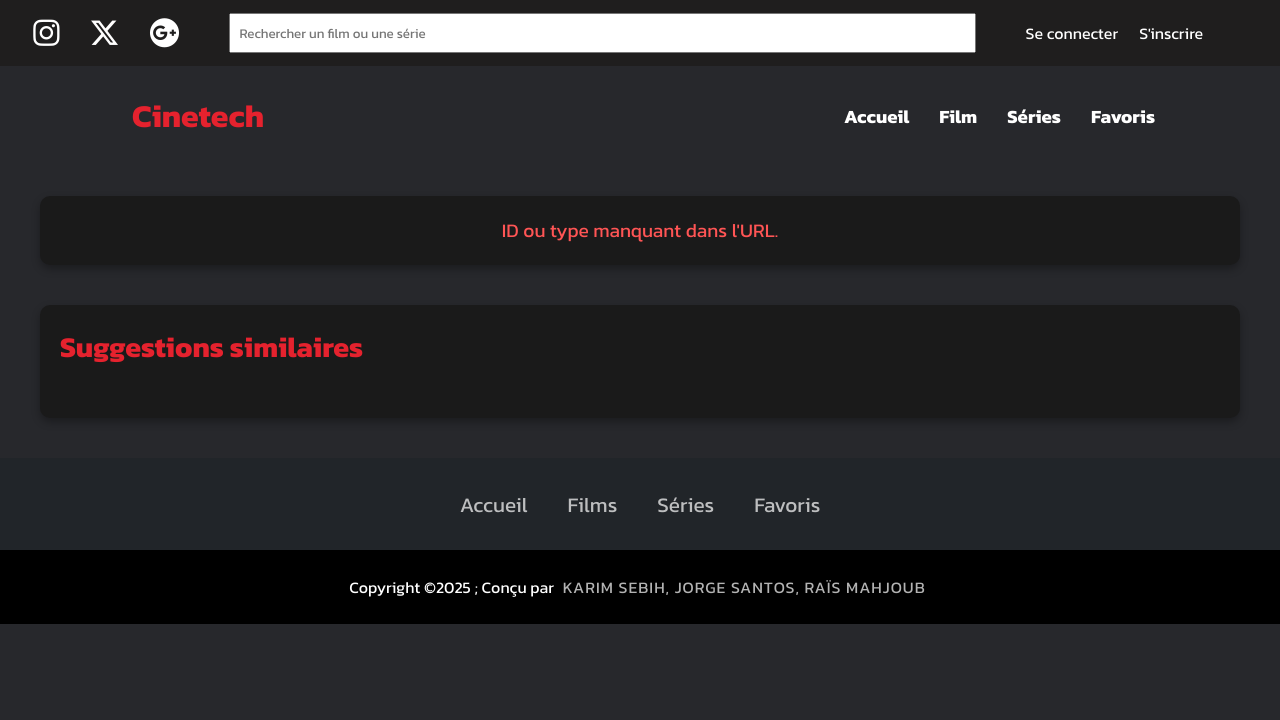
Repository: karim-sebih/cinetech
Page: pages/detail.html
These files come from the project's save history. The page is drawn as it stood at one moment and after the next save; the edit follows.
The browser window is 1280 px wide. The pictures show the whole page.
Some web libraries are served in a nearby version.

Above is the page before, as saved 2025-04-24 14:11:32.

### pages/detail.html
<!DOCTYPE html>
<html lang="fr">
<head>
    <meta charset="UTF-8">
    <meta name="viewport" content="width=device-width, initial-scale=1.0">
    <link rel="stylesheet" href="../styles/detail.css">
    <script src="https://kit.fontawesome.com/ca3234fc7d.js" crossorigin="anonymous"></script>
    <link rel="preconnect" href="https://fonts.googleapis.com">
    <link rel="preconnect" href="https://fonts.gstatic.com" crossorigin>
    <link href="https://fonts.googleapis.com/css2?family=Kanit:ital,wght@0,100;0,200;0,300;0,400;0,500;0,600;0,700;0,800;0,900;1,100;1,200;1,300;1,400;1,500;1,600;1,700;1,800;1,900&display=swap" rel="stylesheet">
    <title>Détail</title>
</head>
<body>
    <header>
        <nav class="navbar">
            <div class="buttons">
                <a href="#"><i class="fa-brands fa-instagram"></i></a>
                <a href="#"><i class="fa-brands fa-x-twitter"></i></a>
                <a href="#"><i class="fa-brands fa-google-plus"></i></a>
            </div>
            <div class="search-container">
                <input type="text" id="search-bar" placeholder="Rechercher un film ou une série" autocomplete="off">
                <button id="clear-search">x</button>
                <div id="suggestions" class="suggestion-box"></div>
            </div>
            <div class="sign">
                <a href="#">Se connecter</a>
                <a href="#">S'inscrire</a>
            </div>
        </nav>
    </header>
    <div class="secondnav">
        <div class="cinetech">
            <h1>Cinetech</h1>
        </div>
        <div class="nav">
            <a href="../index.html"><h3>Accueil</h3></a>
            <a href="./film.html"><h3>Film</h3></a>
            <a href="./series.html"><h3>Séries</h3></a>
            <a href="./favoris.html"><h3>Favoris</h3></a>
        </div>
    </div>
    <div class="content">
        <div id="details-container" class="details-container">
            <!-- Les détails seront insérés ici par JavaScript -->
        </div>
        <div class="commentaire">

        </div>

        <div id="similar-container" class="similar-container">
            <h2>Suggestions similaires</h2>
            <div id="similar-items" class="similar-items">
                <!-- Les suggestions seront insérées ici par JavaScript -->
            </div>
        </div>
    </div>

    <footer>
        <div class="footerContainer">
            <div class="footerNav">
                <ul>
                    <li><a href="../index.html">Accueil</a></li>
                    <li><a href="./film.html">Films</a></li>
                    <li><a href="./series.html">Séries</a></li>
                    <li><a href="./pages/favoris.html">Favoris</a></li>
                </ul>
            </div>
            <div class="footerBottom">
                <p>Copyright ©2025 ; Conçu par <span class="designer">Karim Sebih, Jorge Santos, Raïs Mahjoub</span></p>
            </div>
        </div>
    </footer>

    <script src="../js/api.js" type="module"></script>
    <script src="../js/searchbar.js" type="module"></script>
    <script src="../js/detail.js" type="module"></script>
</body>
</html>

### styles/detail.css
* {
    margin: 0;
    padding: 0;
    box-sizing: border-box;
    font-family: "Kanit", sans-serif;
  }


  a {
    text-decoration: none;
    color: white;

  }

  body {
    margin: 0;
    width: 100%;
    min-height: 100vh;
    overflow-x: auto;
    background-color: rgb(39, 40, 44);
    color: white;
  }

  /* Nav bar */

  a{
    text-decoration: none;
    color: white;
  }

  a:hover{
  color: red;
  }

  header{
  position: relative;
  padding: 0.2rem;
  background-color: rgb(31, 30, 30);
  }

  .navbar {
  margin-left: 10px;
  width: 100%;
  max-width: 1200px;
  height: 60px;
  margin: 0;
  display: flex;
  align-items: center;
  gap: 50px;

  }



.buttons{
  padding-left: 30px;
  display: flex;
  align-items: center;
 justify-content: space-between;
 gap: 30px;
 font-size: 30px;
}


.search-container {
  position: relative;
  width: 70%;
  display: flex;

  align-items: center;
}

#search-bar {
  width: 100%;
  height: 100%;
  padding: 8px;


  padding-right: 30px;
}

#clear-search {
  position: absolute;
  top:5px;
  right: 30px;
  background: transparent;
  border: none;
  font-size: 16px;
  cursor: pointer;
  display: none; /* Caché par défaut */
}

.suggestion-box {
  position: absolute;
  width: 100%;
  background: white;

  max-height: 150px;
  overflow-y: auto;
  z-index: 1000;
  top: 35px;
}

.suggestion-item {
  padding: 8px;
  cursor: pointer;
}

.suggestion-item:hover {
  background: #f0f0f0;
}

/* Ajout dans styles/index.css */
.suggestion-box {
  position: absolute;
  width: 100%;
  background: white;
  max-height: 150px;
  overflow-y: auto;
  z-index: 1000;
  top: 40px;
  border-radius: 4px;
  box-shadow: 0 2px 5px rgba(0, 0, 0, 0.1);
}

.suggestion-item {
  padding: 8px;
  cursor: pointer;
  color: black;
}

.suggestion-item:hover {
  background: #f0f0f0;
}

#clear-search {
  background: none;
  border: none;
  font-size: 20px;
  color: black;
  cursor: pointer;
  margin-bottom: 12px;
}



.sign{
  display: flex;
  align-items: center;
 justify-content: space-between;
  flex-wrap:wrap-reverse;
  width: 200px;

  right: 50%;

}

 /*second nav*/

.secondnav{
    width: 100%;
    height: 100px;
    display: flex;
    align-items: center;
    gap: 200px;
    border: 10px;


}

h1 {
  padding-left: 100%;
  color: #e5222e  ;

}

.nav{

  display: flex;
  gap: 30px;
  margin-left: 40%;

}


/* Ajouter ces styles à la fin de detail.css */

/* Conteneur principal des détails */
.details-container {
  max-width: 1200px;
  margin: 30px auto;
  padding: 20px;
  background-color: #1a1a1a;
  border-radius: 10px;
  box-shadow: 0 4px 8px rgba(0, 0, 0, 0.3);
}

/* Contenu des détails (image + texte) */
.details-content {
  display: flex;
  gap: 30px;
  flex-wrap: wrap;
}

/* Affiche */
.details-poster {
  width: 300px;
  height: auto;
  border-radius: 8px;
  object-fit: cover;
}

/* Texte des détails */
.details-text {
  flex: 1;
  display: flex;
  flex-direction: column;
  gap: 15px;
}

.details-text h2 {
  font-size: 2.2em;
  color: #e5222e;
}

.details-text .overview {
  font-size: 1.1em;
  line-height: 1.5;
}

.details-text p {
  font-size: 1em;
}

.details-text strong {
  color: #e5222e;
}

/* Bouton Ajouter aux favoris */
.favorite-btn {
  background-color: #e5222e;
  color: white;
  border: none;
  padding: 10px 20px;
  border-radius: 5px;
  cursor: pointer;
  font-size: 1em;
  transition: background-color 0.3s ease;
  width: fit-content;
}

.favorite-btn:hover {
  background-color: #c41d27;
}

/* Message d'erreur */
.error-message {
  text-align: center;
  font-size: 1.2em;
  color: #ff5555;
}

/* Responsivité */
@media (max-width: 768px) {
  .details-content {
    flex-direction: column;
    align-items: center;
  }

  .details-poster {
    width: 200px;
  }

  .details-text h2 {
    font-size: 1.8em;
  }
}


.similar-container {
  max-width: 1200px;
  margin: 40px auto;
  padding: 20px;
  background-color: #1a1a1a;
  border-radius: 10px;
  box-shadow: 0 4px 8px rgba(0, 0, 0, 0.3);
}

.similar-container h2 {
  font-size: 1.8em;
  color: #e5222e;
  margin-bottom: 20px;
}

.similar-items {
  display: flex;
  gap: 20px;
  overflow-x: auto;
  padding-bottom: 10px;
}


.similar-item {
  flex: 0 0 auto;
  width: 200px;
  text-align: center;
}

.similar-poster {
  width: 100%;
  height: auto;
  border-radius: 8px;
  margin-bottom: 10px;
}

.similar-item h3 {
  font-size: 1.1em;
  margin-bottom: 10px;
  color: white;
  white-space: nowrap;
  overflow: hidden;
  text-overflow: ellipsis;
}


.similar-item .details-btn {
  background-color: #e5222e;
  color: white;
  border: none;
  padding: 8px 16px;
  border-radius: 5px;
  cursor: pointer;
  font-size: 0.9em;
  transition: background-color 0.3s ease;
}

.similar-item .details-btn:hover {
  background-color: #c41d27;
}

/* Responsivité */
@media (max-width: 768px) {
  .similar-items {
    gap: 15px;
  }

  .similar-item {
    width: 150px;
  }

  .similar-item h3 {
    font-size: 0.9em;
  }

  .similar-item .details-btn {
    padding: 6px 12px;
    font-size: 0.8em;
  }
}

.star {
  font-size: 20px;
  /* Adjust the size of the stars */
  color: #ffd700;
  /* Gold color for full stars */
  margin-right: 2px;
  /* Add spacing between stars */
}

.empty-star {
  color: #ccc;
  /* Gray color for empty stars */
}

.half-star {
  position: relative;
  display: inline-block;
  font-size: 20px; /* Adjust the size of the stars */
  color: #ffd700; /* Gold color for the filled part */
}

.half-star::before {
  content: '\2605'; /* Unicode for the full star */
  color: #ffd700; /* Gold color for the filled part */
  position: absolute;
  top: 0;
  left: 0;
  z-index: 2; /* Ensure the filled part is on top */
  width: 50%; /* Only show the left half of the filled star */
  overflow: hidden;
}

.half-star::after {
  content: '\2605'; /* Unicode for the empty star */
  color: #333; /* Gray color for the empty part */
  -webkit-text-stroke: 0.3px #ffd700; /* Add a gold outline to the star */
  position: absolute;
  top: 0;
  left: 0;
  z-index: 1; /* Ensure the empty part is below the filled part */
}









footer {
    padding: 0;
    margin: 0;
    box-sizing: border-box;
  }

  footer {
    background-color: #111;
  }

  .footerContainer {
    width: 100%;
  padding-top: 1px;
    background-color: #212529;
  }

  .socialIcons {
    display: flex;
    justify-content: center;

  }

  .socialIcons a {
    text-decoration: none;
    padding: 9px;
    background-color: white;
    margin: 10px;
    border-radius: 50%;
  }

  .socialIcons a i {
    font-size: 2em;
    color: black;
    opacity: 0, 9;
  }

  /* Hover affect on social media icon */
  .socialIcons a:hover {
    background-color: #111;
    transition: 0.5s;
  }

  .socialIcons a:hover i {
    color: white;
    transition: 0.5s;
  }

  .footerNav {
    margin: 30px 0;
  }

  .footerNav ul {
    display: flex;
    justify-content: center;
    list-style-type: none;
  }

  .footerNav ul li a {
    color: white;
    margin: 20px;
    text-decoration: none;
    font-size: 1.3em;
    opacity: 0.7;
    transition: 0.5s;

  }

  .footerNav ul li a:hover {
    opacity: 1;
  }

  .footerBottom {
    background-color: #000;
    padding: 25px;
    text-align: center;
  }

  .footerBottom p {
    color: white;
  }


  .designer {
    opacity: 0.7;
    text-transform: uppercase;
    letter-spacing: 1px;
    font-weight: 400;
    margin: 0px 5px;
  }

  @media (max-width:990px) {
    .footerNav ul {
      flex-direction: column;
    }
    .footerNav ul li {
      width: 100%;
      text-align: center;
      margin:10px;
    }


    @media (max-width:599px) {
      .footerNav ul {
        flex-direction: column;
      }
      .footerNav ul li {
        width: 100%;
        text-align: center;
        margin:10px;
      }
    }
  }

### js/api.js
const BASE_URL = 'https://api.themoviedb.org/3';
const IMAGE_BASE_URL = 'https://image.tmdb.org/t/p/';
const BEARER_TOKEN = 'eyJhbGciOiJIUzI1NiJ9.eyJhdWQiOiI4OTY1ZGYzMGQwNDAyOGZiODRmYjFmNTdkMDhjMjBiNiIsIm5iZiI6MTc0NTMwNTMwNS4xNDEsInN1YiI6IjY4MDczZWQ5NDIxYTMwOTc1Y2FhZWRlNyIsInNjb3BlcyI6WyJhcGlfcmVhZCJdLCJ2ZXJzaW9uIjoxfQ.lGYh-UNj4NOcQVPv6fheSInh-0FhPL5bzd-aq9rCHB8';

const options = {
  method: 'GET',
  headers: {
    accept: 'application/json',
    Authorization: `Bearer ${BEARER_TOKEN}`
  }
};

export const imageBaseUrl = IMAGE_BASE_URL;

export async function fetchConfiguration() {
  return Promise.resolve();
}

export async function fetchMovies(page = 1, genreId = null) {
  try {
    let url = `${BASE_URL}/discover/movie?include_adult=false&include_video=false&language=fr-FR&page=${page}&sort_by=popularity.desc`;
    if (genreId) {
      url += `&with_genres=${genreId}`;
    }
    const response = await fetch(url, options);
    if (!response.ok) {
      throw new Error(`Erreur HTTP ! Statut : ${response.status}`);
    }
    const data = await response.json();
    return data.results.map(item => ({
      id: item.id,
      title: item.title,
      poster_path: item.poster_path ? `${IMAGE_BASE_URL}w200${item.poster_path}` : 'default.jpg',
      overview: item.overview,
      popularity: item.popularity, // Ajout de popularity
      vote_average: item.vote_average // Ajout de vote_average (optionnel)
    }));
  } catch (error) {
    console.error('Erreur lors de la récupération des films :', error);
    return [];
  }
}

export async function fetchSeries(page = 1, genreId = null) {
  try {
    let url = `${BASE_URL}/discover/tv?include_adult=false&include_null_first_air_dates=false&language=fr-FR&page=${page}&sort_by=popularity.desc`;
    if (genreId) {
      url += `&with_genres=${genreId}`;
    }
    const response = await fetch(url, options);
    if (!response.ok) {
      throw new Error(`Erreur HTTP ! Statut : ${response.status}`);
    }
    const data = await response.json();
    return data.results.map(item => ({
      id: item.id,
      name: item.name,
      poster_path: item.poster_path ? `${IMAGE_BASE_URL}w200${item.poster_path}` : 'default.jpg',
      overview: item.overview,
      popularity: item.popularity, // Ajout de popularity
      vote_average: item.vote_average // Ajout de vote_average (optionnel)
    }));
  } catch (error) {
    console.error('Erreur lors de la récupération des séries :', error);
    return [];
  }
}

export async function searchMoviesAndSeries(query) {
  try {
    const url = `${BASE_URL}/search/multi?language=fr-FR&query=${encodeURIComponent(query)}&include_adult=false`;
    const response = await fetch(url, options);
    if (!response.ok) {
      throw new Error(`Erreur HTTP ! Statut : ${response.status}`);
    }
    const data = await response.json();
    return data.results
      .filter(item => item.media_type === 'movie' || item.media_type === 'tv')
      .map(item => ({
        id: item.id,
        title: item.title || item.name,
        poster_path: item.poster_path ? `${IMAGE_BASE_URL}w200${item.poster_path}` : 'default.jpg',
        overview: item.overview,
        media_type: item.media_type,
        popularity: item.popularity, // Ajout de popularity
        vote_average: item.vote_average // Ajout de vote_average (optionnel)
      }));
  } catch (error) {
    console.error('Erreur lors de la recherche :', error);
    return [];
  }
}

### js/searchbar.js
import { searchMoviesAndSeries } from './api.js';

document.addEventListener("DOMContentLoaded", function () {
  const searchBar = document.getElementById('search-bar');
  const clearSearch = document.getElementById('clear-search');
  const suggestionsBox = document.getElementById('suggestions');

  if (!searchBar || !clearSearch || !suggestionsBox) {
    console.error("Éléments de la barre de recherche introuvables dans le DOM");
    return;
  }

  searchBar.addEventListener('input', async (e) => {
    const query = e.target.value.trim();
    if (query.length < 2) {
      suggestionsBox.innerHTML = '';
      clearSearch.style.display = 'none';
      return;
    }

    clearSearch.style.display = 'block';

    try {
      const results = await searchMoviesAndSeries(query);
      suggestionsBox.innerHTML = '';

      if (results.length === 0) {
        suggestionsBox.innerHTML = '<div class="suggestion-item">Aucun résultat trouvé</div>';
        return;
      }

      results.forEach(item => {
        const suggestionItem = document.createElement('div');
        suggestionItem.className = 'suggestion-item';
        suggestionItem.textContent = item.title;
        suggestionItem.addEventListener('click', () => {
          window.location.href = `./pages/detail.html?id=${item.id}&type=${item.media_type}`;
        });
        suggestionsBox.appendChild(suggestionItem);
      });
    } catch (error) {
      console.error('Erreur lors de la recherche :', error);
      suggestionsBox.innerHTML = '<div class="suggestion-item">Erreur lors de la recherche</div>';
    }
  });

  clearSearch.addEventListener('click', () => {
    searchBar.value = '';
    suggestionsBox.innerHTML = '';
    clearSearch.style.display = 'none';
  });
});

### js/detail.js
import { imageBaseUrl } from './api.js';

const BEARER_TOKEN = 'eyJhbGciOiJIUzI1NiJ9.eyJhdWQiOiI4OTY1ZGYzMGQwNDAyOGZiODRmYjFmNTdkMDhjMjBiNiIsIm5iZiI6MTc0NTMwNTMwNS4xNDEsInN1YiI6IjY4MDczZWQ5NDIxYTMwOTc1Y2FhZWRlNyIsInNjb3BlcyI6WyJhcGlfcmVhZCJdLCJ2ZXJzaW9uIjoxfQ.lGYh-UNj4NOcQVPv6fheSInh-0FhPL5bzd-aq9rCHB8';

const options = {
  method: 'GET',
  headers: {
    accept: 'application/json',
    Authorization: `Bearer ${BEARER_TOKEN}`
  }
};

document.addEventListener('DOMContentLoaded', async () => {
  // Récupérer les paramètres de l'URL (id et type)
  const urlParams = new URLSearchParams(window.location.search);
  const id = urlParams.get('id');
  const type = urlParams.get('type'); // 'movie' ou 'tv'

  if (!id || !type) {
    displayError('ID ou type manquant dans l\'URL.');
    return;
  }

  try {
    // Déterminer l'endpoint en fonction du type (film ou série)
    const endpoint = type === 'movie'
      ? `https://api.themoviedb.org/3/movie/${id}?append_to_response=credits&language=fr-FR`
      : `https://api.themoviedb.org/3/tv/${id}?append_to_response=credits&language=fr-FR`;

    // Récupérer les détails
    const response = await fetch(endpoint, options);
    if (!response.ok) {
      throw new Error(`Erreur HTTP ! Statut : ${response.status}`);
    }
    const data = await response.json();

    // Afficher les détails
    displayDetails(data, type);

    // Récupérer et afficher les suggestions similaires
    await fetchAndDisplaySimilar(id, type);
  } catch (error) {
    console.error('Erreur lors de la récupération des détails :', error);
    displayError('Impossible de charger les détails. Veuillez réessayer plus tard.');
  }
});

function displayDetails(data, type) {
  const container = document.getElementById('details-container');
  if (!container) {
    console.error('Conteneur de détails introuvable.');
    return;
  }

  // Préparer les données à afficher
  const title = type === 'movie' ? data.title : data.name;
  const releaseDate = type === 'movie' ? data.release_date : data.first_air_date;
  const director = type === 'movie'
    ? (data.credits?.crew?.find(crew => crew.job === 'Director')?.name || 'N/A')
    : (data.created_by?.map(creator => creator.name).join(', ') || 'N/A');
  const directorLabel = type === 'movie' ? 'Réalisateur' : 'Créateur(s)';
  const genres = data.genres?.map(genre => genre.name).join(', ') || 'N/A';
  const countries = data.production_countries?.map(country => country.name).join(', ') || 'N/A';
  const imageSrc = data.poster_path ? `${imageBaseUrl}w500${data.poster_path}` : 'default.jpg';

  // Construire le HTML pour les détails
  container.innerHTML = `
    <div class="details-content">
      <img src="${imageSrc}" alt="${title}" class="details-poster">
      <div class="details-text">
        <h2>${title}</h2>
        <p class="overview">${data.overview || 'Synopsis non disponible.'}</p>
        <p><strong>Rating:</strong> ${generateStars(data.vote_average)}</p>
        <p><strong>Genre :</strong> ${genres}</p>
        <p><strong>${directorLabel} :</strong> ${director}</p>
        <p><strong>Date de sortie :</strong> ${releaseDate || 'N/A'}</p>
        <p><strong>Langue :</strong> ${data.original_language?.toUpperCase() || 'N/A'}</p>
        <p><strong>Pays :</strong> ${countries}</p>
        <button id="add-to-favorites" class Rosé (2019) on-premise only - 750ml
        <button id="add-to-favorites" class="favorite-btn">Ajouter aux favoris</button>
      </div>
    </div>

  `;
function generateStars(rating) {
    const maxStars = 5; // Maximum number of stars
    const stars = (rating / 10) * maxStars; // Convert rating (out of 10) to stars (out of 5)
    let starHtml = '';

    for (let i = 1; i <= maxStars; i++) {
        if (i <= Math.floor(stars)) {
            starHtml += '<span class="star full-star">&#9733;</span>'; // Full star
        } else if (i - stars < 1) {
            starHtml += '<span class="star half-star">&#9733;</span>'; // Half star
        } else {
            starHtml += '<span class="star empty-star">&#9734;</span>'; // Empty star
        }
    }
    return starHtml;
}


  // Ajouter un événement pour le bouton "Ajouter aux favoris"
  const favoriteBtn = document.getElementById('add-to-favorites');
  favoriteBtn.addEventListener('click', () => {
    addToFavorites({ id: data.id, title, type, poster_path: data.poster_path });
  });
}

async function fetchAndDisplaySimilar(id, type) {
  try {
    // Déterminer l'endpoint pour les suggestions similaires
    const similarEndpoint = type === 'movie'
      ? `https://api.themoviedb.org/3/movie/${id}/similar?language=fr-FR&page=1`
      : `https://api.themoviedb.org/3/tv/${id}/similar?language=fr-FR&page=1`;

    // Récupérer les suggestions similaires
    const response = await fetch(similarEndpoint, options);
    if (!response.ok) {
      throw new Error(`Erreur HTTP ! Statut : ${response.status}`);
    }
    const similarData = await response.json();
    const similarItems = similarData.results.slice(0, 5); // Limiter à 5 suggestions

    // Afficher les suggestions
    displaySimilarItems(similarItems, type);
  } catch (error) {
    console.error('Erreur lors de la récupération des suggestions similaires :', error);
    const similarContainer = document.getElementById('similar-items');
    if (similarContainer) {
      similarContainer.innerHTML = `<p class="error-message">Impossible de charger les suggestions similaires.</p>`;
    }
  }
}

function displaySimilarItems(items, type) {
  const container = document.getElementById('similar-items');
  if (!container) {
    console.error('Conteneur de suggestions similaires introuvable.');
    return;
  }

  container.innerHTML = ''; // Vider le conteneur

  items.forEach(item => {
    const itemElement = document.createElement('div');
    itemElement.className = 'similar-item';
    const imageSrc = item.poster_path ? `${imageBaseUrl}w200${item.poster_path}` : 'default.jpg';
    const title = type === 'movie' ? item.title : item.name;
    itemElement.innerHTML = `
      <img src="${imageSrc}" alt="${title}" class="similar-poster">
      <h3>${title}</h3>
      <button class="details-btn" data-id="${item.id}" data-type="${type}">Voir Détails</button>
    `;
    container.appendChild(itemElement);
  });

  // Ajouter des écouteurs d'événements pour les boutons "Voir Détails"
  container.querySelectorAll('.details-btn').forEach(button => {
    button.addEventListener('click', () => {
      const id = button.dataset.id;
      const newType = button.dataset.type;
      window.location.href = `./detail.html?id=${id}&type=${newType}`;
    });
  });
}

function displayError(message) {
  const container = document.getElementById('details-container');
  if (container) {
    container.innerHTML = `<p class="error-message">${message}</p>`;
  }
}

function addToFavorites(item) {
  // Récupérer les favoris existants dans localStorage
  const favorites = JSON.parse(localStorage.getItem('favorites')) || [];

  // Vérifier si l'élément est déjà dans les favoris
  const exists = favorites.some(fav => fav.id === item.id && fav.type === item.type);
  if (exists) {
    alert('Cet élément est déjà dans vos favoris !');
    return;
  }

  // Ajouter l'élément aux favoris
  favorites.push(item);
  localStorage.setItem('favorites', JSON.stringify(favorites));
  alert(`${item.title} a été ajouté aux favoris !`);
}

After the next save:
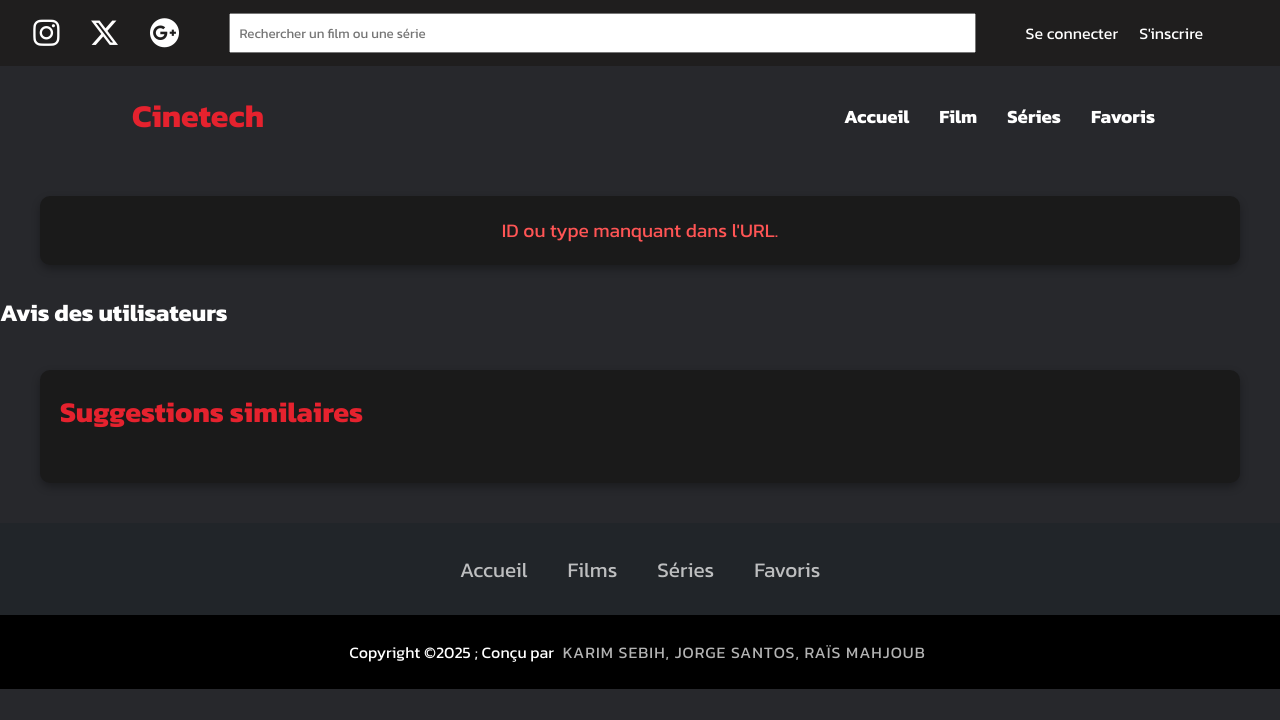
Saved 21 h 29 min later.
--- a/pages/detail.html
+++ b/pages/detail.html
@@ -44,10 +44,12 @@
         <div id="details-container" class="details-container">
             <!-- Les détails seront insérés ici par JavaScript -->
         </div>
-        <div class="commentaire">
-
+        <div id="reviews-container" class="commentaire">
+            <h2>Avis des utilisateurs</h2>
+            <div id="reviews-list" class="reviews-list">
+                <!-- Les commentaires seront insérés ici par JavaScript -->
+            </div>
         </div>
-
         <div id="similar-container" class="similar-container">
             <h2>Suggestions similaires</h2>
             <div id="similar-items" class="similar-items">
@@ -63,7 +65,7 @@
                     <li><a href="../index.html">Accueil</a></li>
                     <li><a href="./film.html">Films</a></li>
                     <li><a href="./series.html">Séries</a></li>
-                    <li><a href="./pages/favoris.html">Favoris</a></li>
+                    <li><a href="./favoris.html">Favoris</a></li>
                 </ul>
             </div>
             <div class="footerBottom">
